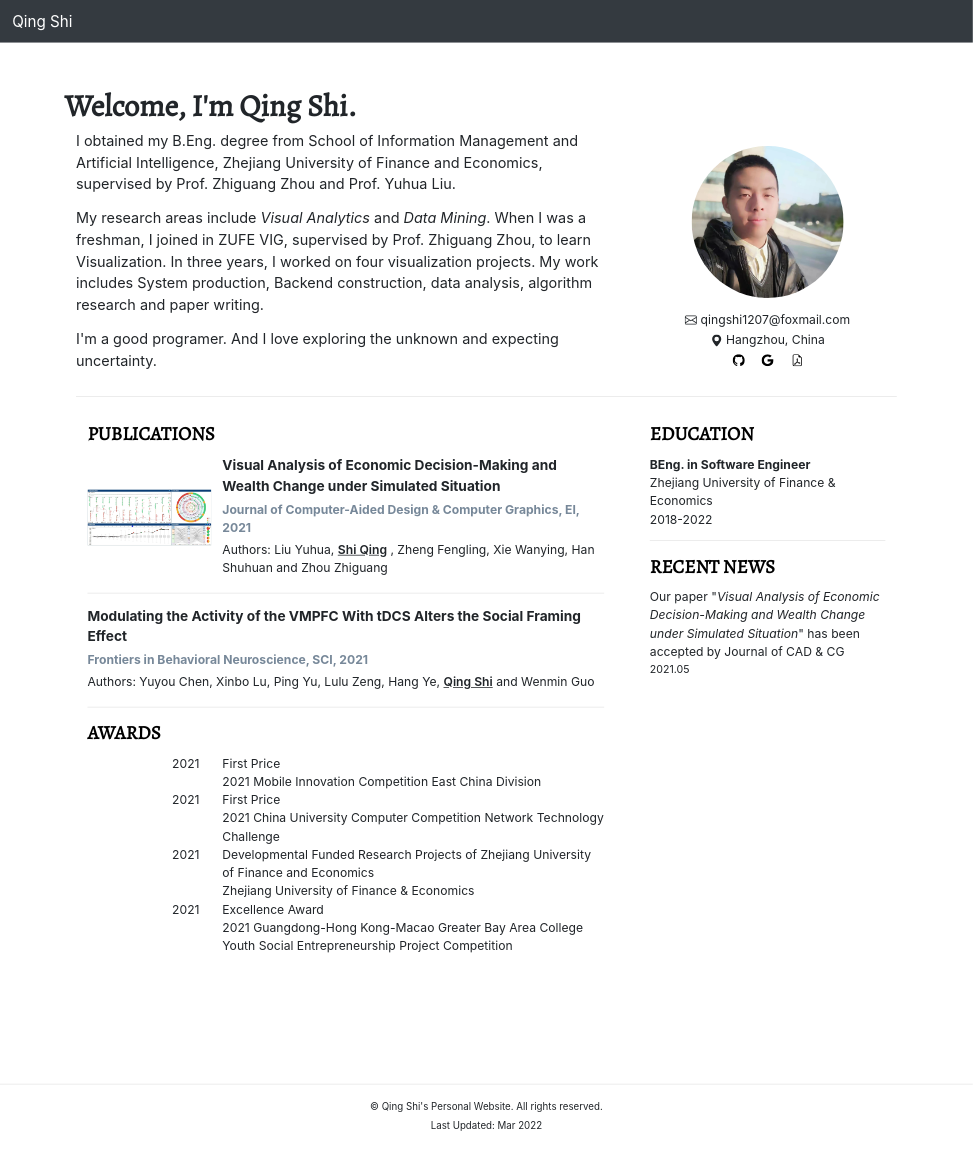
Repository: sqsssq/webpage
Page: index.html
These files come from the project's save history. The page is drawn as it stood at one moment and after the next save; the edit follows.
The browser window is 1280 px wide. The pictures show the whole page, at 76% of full size.
Some web libraries are served in a nearby version.

Above is the page before, as saved 2022-03-28 15:52:19.

### index.html
<!--
 * @Author: Qing Shi
 * @LastEditTime: 2022-03-28 15:52:19
 * @Knowledge:
 * @Description: my homepage
 * @Attention:
-->
<!doctype html>
<html lang="zh-CN">

<head>
    <!-- 必须的 meta 标签 -->
    <meta charset="utf-8">
    <meta name="viewport" content="width=device-width, initial-scale=1, shrink-to-fit=no">
    <title>Qing Shi</title>

    <!-- 新 Bootstrap4 核心 CSS 文件 -->
    <link rel="stylesheet" href="https://cdn.staticfile.org/twitter-bootstrap/4.3.1/css/bootstrap.min.css">

    <!-- jQuery文件。务必在bootstrap.min.js 之前引入 -->
    <script src="https://cdn.staticfile.org/jquery/3.2.1/jquery.min.js"></script>

    <!-- bootstrap.bundle.min.js 用于弹窗、提示、下拉菜单，包含了 popper.min.js -->
    <script src="https://cdn.staticfile.org/popper.js/1.15.0/umd/popper.min.js"></script>

    <!-- 最新的 Bootstrap4 核心 JavaScript 文件 -->
    <script src="https://cdn.staticfile.org/twitter-bootstrap/4.3.1/js/bootstrap.min.js"></script>

    <link rel="stylesheet" href="css/index.css">
    <link rel="shortcut icon" href="icon/bitbug_favicon.ico" />
</head>

<body>

    <nav class="navbar  navbar-dark bg-dark">
        <a class="navbar-brand" href="#">
            Qing Shi
        </a>

        <!-- <button type="button" class="btn btn-outline-primary">中/EN</button> -->
    </nav>

    <div class="container framework">
        <!-- Image and text -->
        <div class="webHeader row">
            <h1 id="ToptitleFont">Welcome, I'm Qing Shi.</h1>
            <!-- <br> -->
            <!-- <hr> -->
            <div class="webIntroduction col-lg-8">
                <p class="intro">I obtained my B.Eng. degree from School of Information Management and Artificial
                    Intelligence, Zhejiang University of Finance and Economics, supervised by Prof. Zhiguang Zhou and
                    Prof. Yuhua Liu.</p>
                <p class="intro">My research areas include <span style="font-style: italic">Visual Analytics</span> and
                    <span style="font-style: italic">Data Mining</span>. When I was a freshman, I joined in ZUFE VIG,
                    supervised by Prof. Zhiguang Zhou, to learn Visualization. In three years, I worked on four
                    visualization projects. My work includes System production, Backend construction, data analysis,
                    algorithm research and paper writing.</p>
                <p class="intro">I'm a good programer. And I love exploring the unknown and expecting uncertainty.</p>
            </div>

            <div class="webPhoto col-lg-4">
                <img src="figure/sq3.jpg">
                <div class="info">
                    <!-- <svg class="svg-inline--fa fa-envelope-square fa-w-14 fa-fw fa-lg mr-2" aria-hidden="true" focusable="false" data-prefix="fas" data-icon="envelope-square" role="img" xmlns="http://www.w3.org/2000/svg" viewBox="0 0 448 512" data-fa-i2svg=""><path fill="currentColor" d="M400 32H48C21.49 32 0 53.49 0 80v352c0 26.51 21.49 48 48 48h352c26.51 0 48-21.49 48-48V80c0-26.51-21.49-48-48-48zM178.117 262.104C87.429 196.287 88.353 196.121 64 177.167V152c0-13.255 10.745-24 24-24h272c13.255 0 24 10.745 24 24v25.167c-24.371 18.969-23.434 19.124-114.117 84.938-10.5 7.655-31.392 26.12-45.883 25.894-14.503.218-35.367-18.227-45.883-25.895zM384 217.775V360c0 13.255-10.745 24-24 24H88c-13.255 0-24-10.745-24-24V217.775c13.958 10.794 33.329 25.236 95.303 70.214 14.162 10.341 37.975 32.145 64.694 32.01 26.887.134 51.037-22.041 64.72-32.025 61.958-44.965 81.325-59.406 95.283-70.199z"></path></svg> -->
                    <svg xmlns="http://www.w3.org/2000/svg" width="16" height="16" fill="currentColor"
                        class="bi bi-envelope" viewBox="0 0 16 16">
                        <path
                            d="M0 4a2 2 0 0 1 2-2h12a2 2 0 0 1 2 2v8a2 2 0 0 1-2 2H2a2 2 0 0 1-2-2V4Zm2-1a1 1 0 0 0-1 1v.217l7 4.2 7-4.2V4a1 1 0 0 0-1-1H2Zm13 2.383-4.708 2.825L15 11.105V5.383Zm-.034 6.876-5.64-3.471L8 9.583l-1.326-.795-5.64 3.47A1 1 0 0 0 2 13h12a1 1 0 0 0 .966-.741ZM1 11.105l4.708-2.897L1 5.383v5.722Z" />
                    </svg>
                    qingshi1207@foxmail.com
                    <br>
                    <svg xmlns="http://www.w3.org/2000/svg" width="16" height="16" fill="currentColor"
                        class="bi bi-geo-alt-fill" viewBox="0 0 16 16">
                        <path
                            d="M8 16s6-5.686 6-10A6 6 0 0 0 2 6c0 4.314 6 10 6 10zm0-7a3 3 0 1 1 0-6 3 3 0 0 1 0 6z" />
                    </svg>
                    Hangzhou, China
                    <br>
                    <a href="https://github.com/sqsssq">
                        <svg xmlns="http://www.w3.org/2000/svg" width="16" height="16" fill="black" class="bi bi-github"
                            viewBox="0 0 16 16">
                            <path
                                d="M8 0C3.58 0 0 3.58 0 8c0 3.54 2.29 6.53 5.47 7.59.4.07.55-.17.55-.38 0-.19-.01-.82-.01-1.49-2.01.37-2.53-.49-2.69-.94-.09-.23-.48-.94-.82-1.13-.28-.15-.68-.52-.01-.53.63-.01 1.08.58 1.23.82.72 1.21 1.87.87 2.33.66.07-.52.28-.87.51-1.07-1.78-.2-3.64-.89-3.64-3.95 0-.87.31-1.59.82-2.15-.08-.2-.36-1.02.08-2.12 0 0 .67-.21 2.2.82.64-.18 1.32-.27 2-.27.68 0 1.36.09 2 .27 1.53-1.04 2.2-.82 2.2-.82.44 1.1.16 1.92.08 2.12.51.56.82 1.27.82 2.15 0 3.07-1.87 3.75-3.65 3.95.29.25.54.73.54 1.48 0 1.07-.01 1.93-.01 2.2 0 .21.15.46.55.38A8.012 8.012 0 0 0 16 8c0-4.42-3.58-8-8-8z" />
                        </svg>
                    </a>
                    &nbsp;&nbsp;&nbsp;
                    <a href="">
                        <svg xmlns="http://www.w3.org/2000/svg" width="16" height="16" fill="black" class="bi bi-google"
                            viewBox="0 0 16 16">
                            <path
                                d="M15.545 6.558a9.42 9.42 0 0 1 .139 1.626c0 2.434-.87 4.492-2.384 5.885h.002C11.978 15.292 10.158 16 8 16A8 8 0 1 1 8 0a7.689 7.689 0 0 1 5.352 2.082l-2.284 2.284A4.347 4.347 0 0 0 8 3.166c-2.087 0-3.86 1.408-4.492 3.304a4.792 4.792 0 0 0 0 3.063h.003c.635 1.893 2.405 3.301 4.492 3.301 1.078 0 2.004-.276 2.722-.764h-.003a3.702 3.702 0 0 0 1.599-2.431H8v-3.08h7.545z" />
                        </svg>
                    </a>
                    &nbsp;&nbsp;&nbsp;
                    <a href="file/resume.pdf">
                        <svg xmlns="http://www.w3.org/2000/svg" width="16" height="16" fill="black"
                            class="bi bi-file-earmark-pdf" viewBox="0 0 16 16">
                            <path
                                d="M14 14V4.5L9.5 0H4a2 2 0 0 0-2 2v12a2 2 0 0 0 2 2h8a2 2 0 0 0 2-2zM9.5 3A1.5 1.5 0 0 0 11 4.5h2V14a1 1 0 0 1-1 1H4a1 1 0 0 1-1-1V2a1 1 0 0 1 1-1h5.5v2z" />
                            <path
                                d="M4.603 14.087a.81.81 0 0 1-.438-.42c-.195-.388-.13-.776.08-1.102.198-.307.526-.568.897-.787a7.68 7.68 0 0 1 1.482-.645 19.697 19.697 0 0 0 1.062-2.227 7.269 7.269 0 0 1-.43-1.295c-.086-.4-.119-.796-.046-1.136.075-.354.274-.672.65-.823.192-.077.4-.12.602-.077a.7.7 0 0 1 .477.365c.088.164.12.356.127.538.007.188-.012.396-.047.614-.084.51-.27 1.134-.52 1.794a10.954 10.954 0 0 0 .98 1.686 5.753 5.753 0 0 1 1.334.05c.364.066.734.195.96.465.12.144.193.32.2.518.007.192-.047.382-.138.563a1.04 1.04 0 0 1-.354.416.856.856 0 0 1-.51.138c-.331-.014-.654-.196-.933-.417a5.712 5.712 0 0 1-.911-.95 11.651 11.651 0 0 0-1.997.406 11.307 11.307 0 0 1-1.02 1.51c-.292.35-.609.656-.927.787a.793.793 0 0 1-.58.029zm1.379-1.901c-.166.076-.32.156-.459.238-.328.194-.541.383-.647.547-.094.145-.096.25-.04.361.01.022.02.036.026.044a.266.266 0 0 0 .035-.012c.137-.056.355-.235.635-.572a8.18 8.18 0 0 0 .45-.606zm1.64-1.33a12.71 12.71 0 0 1 1.01-.193 11.744 11.744 0 0 1-.51-.858 20.801 20.801 0 0 1-.5 1.05zm2.446.45c.15.163.296.3.435.41.24.19.407.253.498.256a.107.107 0 0 0 .07-.015.307.307 0 0 0 .094-.125.436.436 0 0 0 .059-.2.095.095 0 0 0-.026-.063c-.052-.062-.2-.152-.518-.209a3.876 3.876 0 0 0-.612-.053zM8.078 7.8a6.7 6.7 0 0 0 .2-.828c.031-.188.043-.343.038-.465a.613.613 0 0 0-.032-.198.517.517 0 0 0-.145.04c-.087.035-.158.106-.196.283-.04.192-.03.469.046.822.024.111.054.227.09.346z" />
                        </svg>
                    </a>
                </div>
            </div>
        </div>
        <hr>
        <div class="webMain row">
            <div class="col-lg-8" style="padding-left: 30px; padding-right: 30px;">
                <div id="webPublication">
                    <h3 id="titleFont">
                        PUBLICATIONS
                    </h3>
                    <div class="totalPublic">
                        <div class="public row">
                            <div class="col-lg-3 sys">
                                <img src="figure/fig1.jpg" alt="">
                            </div>
                            <div class="col-lg-9">
                                <p class="ptitle">
                                    Visual Analysis of Economic Decision-Making and Wealth Change under Simulated
                                    Situation
                                </p>

                                <p class="pub">
                                    <span class="full">Journal of Computer-Aided Design & Computer Graphics, EI,
                                        2021</span>
                                </p>
                                <p class="pauthor">
                                    <span class="author">Authors:&nbsp;Liu Yuhua,</span>
                                    <span class="me">Shi Qing</span>
                                    <span class="author">, Zheng Fengling, Xie Wanying, Han Shuhuan and Zhou
                                        Zhiguang</span>
                                </p>
                            </div>
                        </div>
                        <hr>
                        <div class="public row">
                            <div class="col"></div>
                            <div class="col-12">
                                <p class="ptitle">
                                    Modulating the Activity of the VMPFC With tDCS Alters the Social Framing
                                    Effect
                                </p>

                                <p class="pub">
                                    <span class="full">Frontiers in Behavioral Neuroscience, SCI, 2021</span>
                                </p>
                                <p class="pauthor">
                                    <span class="author">Authors:&nbsp;Yuyou Chen, Xinbo Lu, Ping Yu, Lulu Zeng,
                                        Hang Ye,</span>
                                    <span class="me">Qing Shi</span>
                                    <span class="author"> and Wenmin Guo</span>
                                </p>
                            </div>
                        </div>
                    </div>
                </div>
                <hr>
                <div id="webAward">
                    <h3 id="titleFont">
                        AWARDS
                    </h3>
                    <div class="totalAward">
                        <div class="awardInfo row">
                            <div class="awardTime col-lg-3">
                                2021
                            </div>
                            <div class="awardInfo col-lg-9">
                                First Price
                                <br>
                                2021 Mobile Innovation Competition East China Division
                            </div>
                        </div>
                        <div class="awardInfo row">
                            <div class="awardTime col-lg-3">
                                2021
                            </div>
                            <div class="awardInfo col-lg-9">
                                First Price
                                <br>
                                2021 China University Computer Competition Network Technology Challenge
                            </div>
                        </div>
                        <div class="awardInfo row">
                            <div class="awardTime col-lg-3">
                                2021
                            </div>
                            <div class="awardInfo col-lg-9">
                                Developmental Funded Research Projects of Zhejiang University of Finance and Economics
                                <br>
                                Zhejiang University of Finance & Economics
                            </div>
                        </div>
                        <div class="awardInfo row">
                            <div class="awardTime col-lg-3">
                                2021
                            </div>
                            <div class="awardInfo col-lg-9">
                                Excellence Award
                                <br>
                                2021 Guangdong-Hong Kong-Macao Greater Bay Area College Youth Social Entrepreneurship Project Competition
                            </div>
                        </div>
                    </div>
                </div>
            </div>
            <div class="col-lg-4" style="padding-right: 30px;padding-left: 30px;">
                <div id="webEducation">
                    <h3 id="titleFont">
                        <!-- ::before -->
                        EDUCATION
                    </h3>
                    <a style="font-weight: bold;">BEng. in Software Engineer</a>
                    <br>
                    Zhejiang University of Finance & Economics
                    <br>
                    2018-2022
                </div>
                <hr>
                <div id="webNews">
                    <h3 id="titleFont">RECENT NEWS</h3>
                    <div class="totalNews">
                        <div class="newsInfo">
                            Our paper "<span style="font-style: italic">Visual Analysis of Economic Decision-Making and
                                Wealth Change under Simulated Situation</span>" has been accepted by Journal of CAD & CG
                        </div>
                        <div class="newsTime">
                            2021.05
                        </div>
                    </div>
                </div>
            </div>
        </div>
    </div>
    <footer class="footer text-center py-4">
        <hr>
        <small class="copyright">© Qing Shi's Personal Website. All rights reserved.</small>
        <br>
        <small class="copyright">Last Updated: Mar 2022</small>
    </footer>
</body>

</html>

### css/index.css
* {
    margin: 0;
    padding: 0;
}

@font-face{
    font-family: 'Alegreya';
    src : url('../Alegreya/Alegreya-Regular-11.ttf');
}

body {
    /* font-family:Georia,serif; */
    background: #ffffff;
    /* font-weight:bold; */
    /* font-size:15px; */
    /* color:#333;
    overflow: hidden; */
    -webkit-font-smoothing: antialiased;
}

.framework {
    /* height: 1000px; */
    margin-top: 30px;
    margin-bottom: 100px;
    padding: 30px 30px 30px 30px;
    width: 90%;
    /* border-color: black; */
    /* border-width: 3px; */
    /* border-style: solid; */
    /* box-shadow: darkgrey 0px 0px 30px 5px ; */
}

.webIntroduction .intro {
    font-size: 19px;
}

/* *, *::before, *::after {
    box-sizing: border-box;
} */

#ToptitleFont {
    /* Garamond */
    font-family: Alegreya;
    font-weight: bold;
}

#titleFont {
    /* Garamond */
    font-family: Alegreya;
    font-weight: bold;
    font-size: 25px;
    color: rgb(0, 0, 0);
    margin-top: 15px;
    line-height: 1.5;
}

.public {
}

.public p{
    margin-bottom: 5px;
    line-height: 1.5;

}

.public .ptitle {
    font-weight: 700;
    font-size: 18px;
}

.public .pauthor {
    font-size: 16px;
    font-weight: 400;
}

.public .me {
    font-weight: 600;
    text-decoration: underline;
}
.public .pub {
    display: flex;
    align-items: center;
    flex-wrap: wrap;
}

.public .full {
    font-size: 16px;
    font-weight: 700;
    color: lightslategray;
}

/* #titleFont:before {
    content: "";
    display: inline-block;
    width: 5px;
    height: 100%;
    background: #54b689;
    position: absolute;
    left: 0;
    top: 0;
} */

.webPhoto {
    /* align-items: center; */
    /* background-color: aqua; */
    display: flex;
    flex-direction: column;
    justify-content: center;
    align-items: center;
}

.webPhoto img {
    border-radius: 50%;
    height: 200px;
    width: 200px;
}

.sys {
    padding-right: 0px;
    /* display: table-cell; */
    align-items: center;
    vertical-align: middle;
    display: flex;

        vertical-align: middle;

        text-align: center;
}

.sys img {
    width: 100%;
    /* position: absolute; */
    /* top: 50%; */
    /* transform: translate(0%, 50%); */
    /* margin: auto; */
}

img {
    /* display: table-cell; */
    vertical-align: middle;
    align-items: center;
    justify-content: center;
    border-style: none;
}

.webPhoto .info {
    margin-top: 15px;
    text-align: center;
    line-height: 1.64;
}

.totalNews .newsTime {
    font-size: 14px;
}

.totalAward {
    font-size: 16px;
}

.awardTime {
    text-align: right;
}

/*chrome--------------------------------------------start*/
::-webkit-scrollbar {
    width: 8px;
    height: 8px;
}

/* Track */
::-webkit-scrollbar-track {
    background: #ffffff;
    border-radius: 8px;
}

/* Handle */
::-webkit-scrollbar-thumb {
    background: rgb(201, 201, 202);
    border-radius: 8px;
}

/* Handle on hover */
::-webkit-scrollbar-thumb:hover {
    background: rgb(162, 162, 163);
}

.el-menu::-webkit-scrollbar,
.el-table__body-wrapper::-webkit-scrollbar {
    display: none;
}

.el-menu:hover::-webkit-scrollbar,
.el-table__body-wrapper:hover::-webkit-scrollbar {
    display: block;
}

/*chrome--------------------------------------------end*/

After the next save:
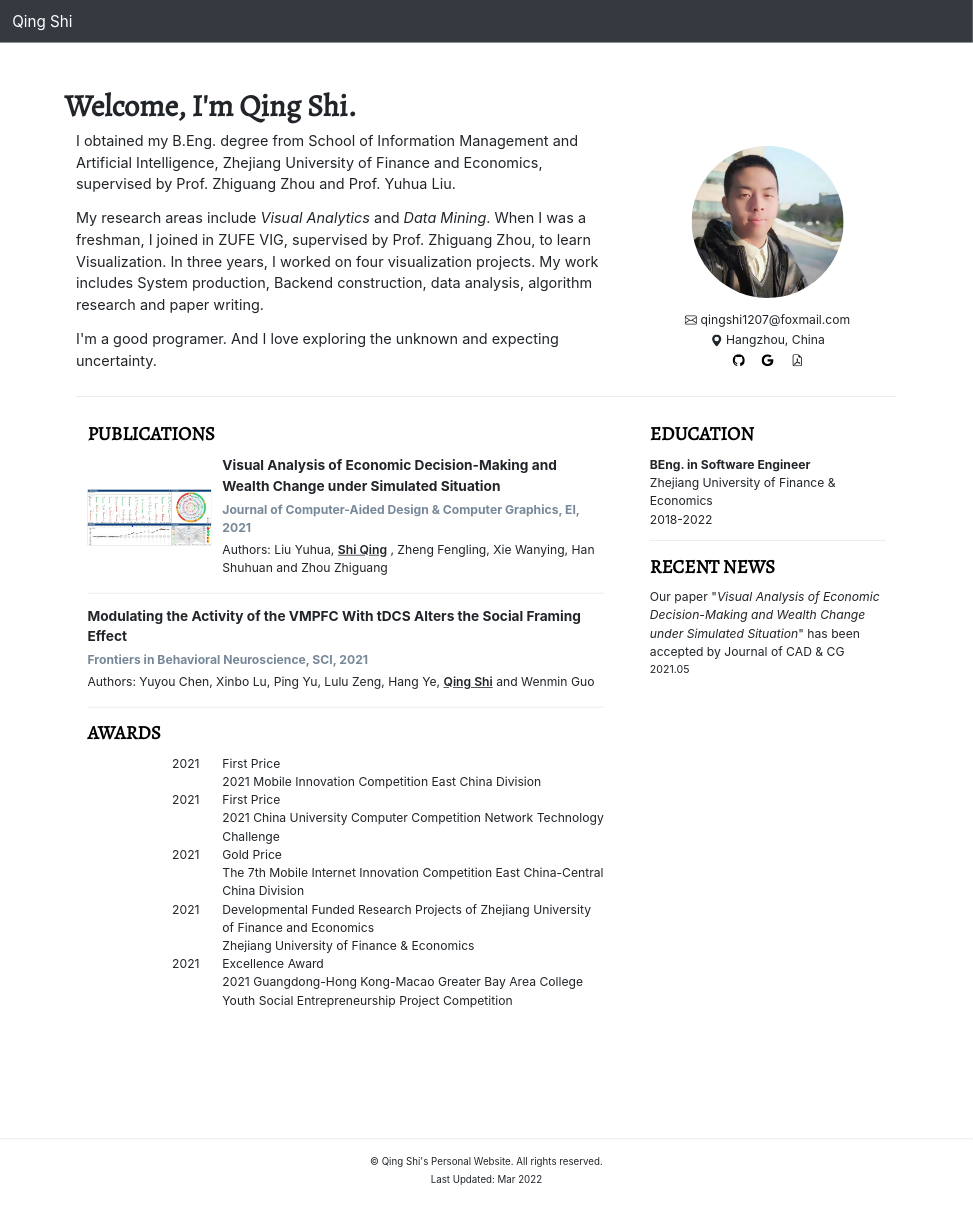
Saved 74 s later.
--- a/index.html
+++ b/index.html
@@ -1,6 +1,6 @@
 <!--
  * @Author: Qing Shi
- * @LastEditTime: 2022-03-28 15:52:19
+ * @LastEditTime: 2022-03-28 15:53:33
  * @Knowledge:
  * @Description: my homepage
  * @Attention:
@@ -187,6 +187,16 @@
                                 2021
                             </div>
                             <div class="awardInfo col-lg-9">
+                                Gold Price
+                                <br>
+                                The 7th Mobile Internet Innovation Competition East China-Central China Division
+                            </div>
+                        </div>
+                        <div class="awardInfo row">
+                            <div class="awardTime col-lg-3">
+                                2021
+                            </div>
+                            <div class="awardInfo col-lg-9">
                                 Developmental Funded Research Projects of Zhejiang University of Finance and Economics
                                 <br>
                                 Zhejiang University of Finance & Economics
